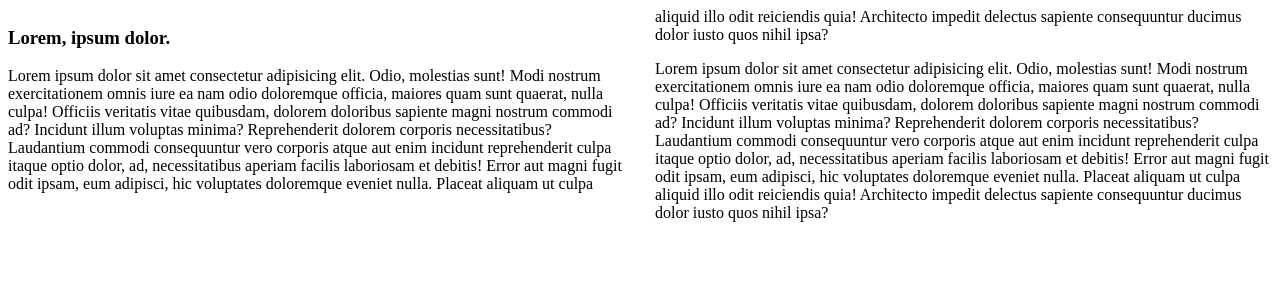
Repository: dinhhaidh/slider-book
Page: index.html
These files come from the project's save history. The page is drawn as it stood at one moment and after a run of saves; the edit follows.
The browser window is 1280 px wide. The pictures show the whole page.

Above is the page before, as saved 2024-01-15 09:15:02.

### index.html
<!DOCTYPE html>
<html lang="en">
<head>
    <meta charset="UTF-8">
    <meta name="viewport" content="width=device-width, initial-scale=1.0">
    <title>Document</title>
</head>
<style>
    .content{
        columns: 200px 2;
        column-gap: 30px;
        padding

    }
</style>
<body>
    <div class="content">
        <h3 class="title">Lorem, ipsum dolor.</h3>
        <p>Lorem ipsum dolor sit amet consectetur adipisicing elit. Odio, molestias sunt! Modi nostrum exercitationem omnis iure ea nam odio doloremque officia, maiores quam sunt quaerat, nulla culpa! Officiis veritatis vitae quibusdam, dolorem doloribus sapiente magni nostrum commodi ad? Incidunt illum voluptas minima? Reprehenderit dolorem corporis necessitatibus? Laudantium commodi consequuntur vero corporis atque aut enim incidunt reprehenderit culpa itaque optio dolor, ad, necessitatibus aperiam facilis laboriosam et debitis! Error aut magni fugit odit ipsam, eum adipisci, hic voluptates doloremque eveniet nulla. Placeat aliquam ut culpa aliquid illo odit reiciendis quia! Architecto impedit delectus sapiente consequuntur ducimus dolor iusto quos nihil ipsa?</p>
        <div class="content-wp">
            <p>Lorem ipsum dolor sit amet consectetur adipisicing elit. Odio, molestias sunt! Modi nostrum exercitationem omnis iure ea nam odio doloremque officia, maiores quam sunt quaerat, nulla culpa! Officiis veritatis vitae quibusdam, dolorem doloribus sapiente magni nostrum commodi ad? Incidunt illum voluptas minima? Reprehenderit dolorem corporis necessitatibus? Laudantium commodi consequuntur vero corporis atque aut enim incidunt reprehenderit culpa itaque optio dolor, ad, necessitatibus aperiam facilis laboriosam et debitis! Error aut magni fugit odit ipsam, eum adipisci, hic voluptates doloremque eveniet nulla. Placeat aliquam ut culpa aliquid illo odit reiciendis quia! Architecto impedit delectus sapiente consequuntur ducimus dolor iusto quos nihil ipsa?</p>
        </div>
    </div>
</body>
</html>

After the next 2 saves:
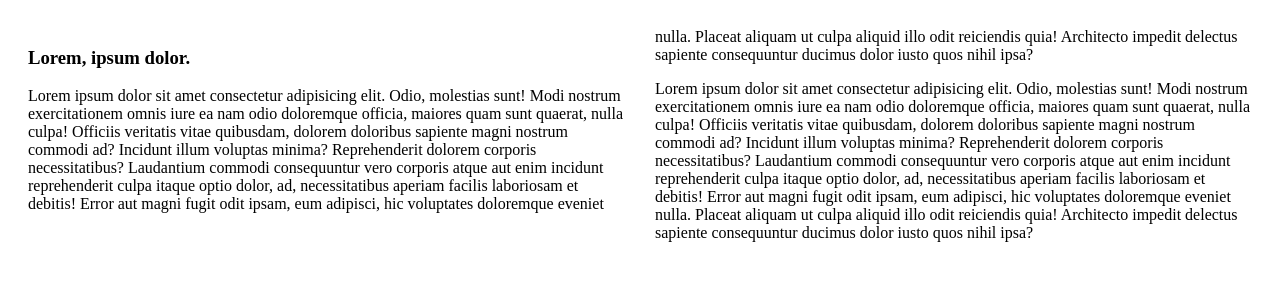
The 2 saves are shown as one change because they came seconds apart.
The last was saved 8 s later.
--- a/index.html
+++ b/index.html
@@ -9,8 +9,7 @@
     .content{
         columns: 200px 2;
         column-gap: 30px;
-        padding
-
+        padding: 20px;
     }
 </style>
 <body>
